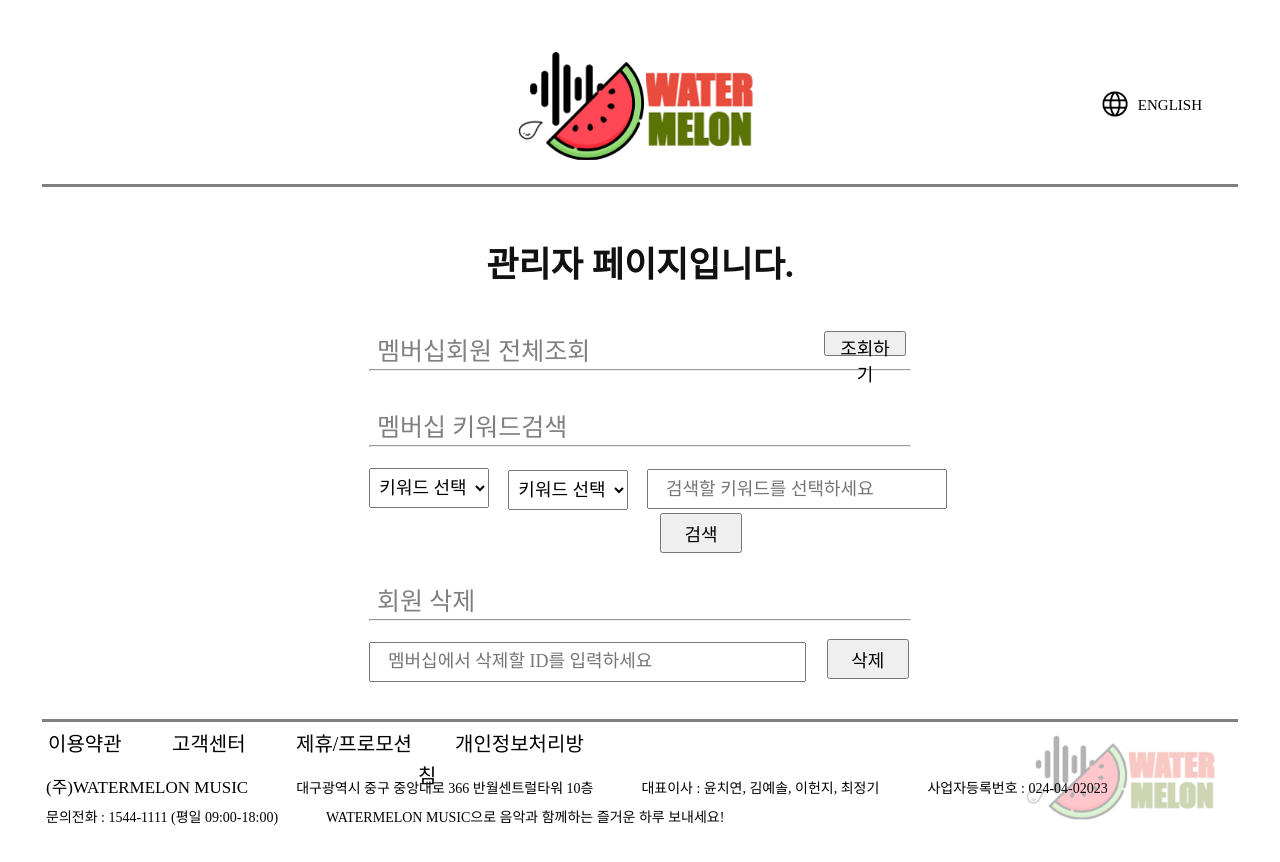
Repository: anchobb/TEAM_STS
Page: http://localhost/PJ_TEAM01/WEB-INF/views/membershipM.jsp
These files come from the project's save history. The page is drawn as it stood at one moment and after the next save; the edit follows.
The browser window is 1280 px wide. The pictures show the whole page.
Some web fonts or font styles are not loaded; a fallback is used. Some web libraries are served in a nearby version. The page is served by Tomcat 9. Nobody is signed in. The template is opened directly, without the code that normally fills it, so the values that code supplies are empty.

Above is the page before, as saved 2023-09-17 12:08:56.

After the next save:
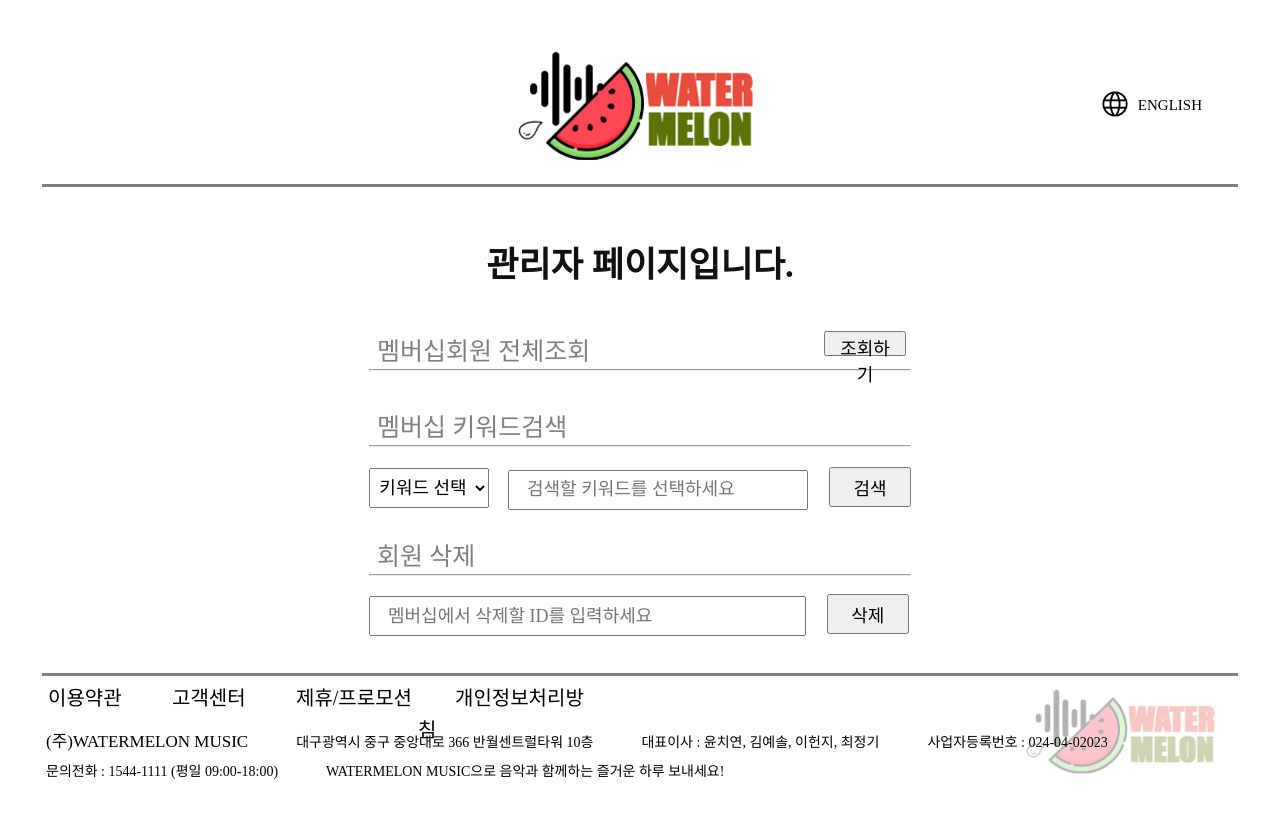
Saved 50 s later.
--- a/PJ_TEAM01/src/main/webapp/WEB-INF/views/membershipM.jsp
+++ b/PJ_TEAM01/src/main/webapp/WEB-INF/views/membershipM.jsp
@@ -81,18 +81,10 @@
 				    </c:when>
 				    <c:otherwise>
 				        <!-- Render default HTML when no option is selected -->
-				        <div class="search_block">
-				            <select id="select">
-				                <option value="">키워드 선택</option>
-				                <option value="code">CODE 검색</option>
-				                <option value="id">ID 검색</option>
-				                <option value="endDate">종료날짜 검색</option>
-				            </select>
 				            <form action="${pageContext.request.contextPath}/membership_selectId" method="post">
 				                <input type="text" class="search_input" placeholder="검색할 키워드를 선택하세요">
 				                <button class="oneuser" type="submit">검색</button>
 				            </form>
-				        </div>
 				    </c:otherwise>
 				</c:choose>
 		    </div>
